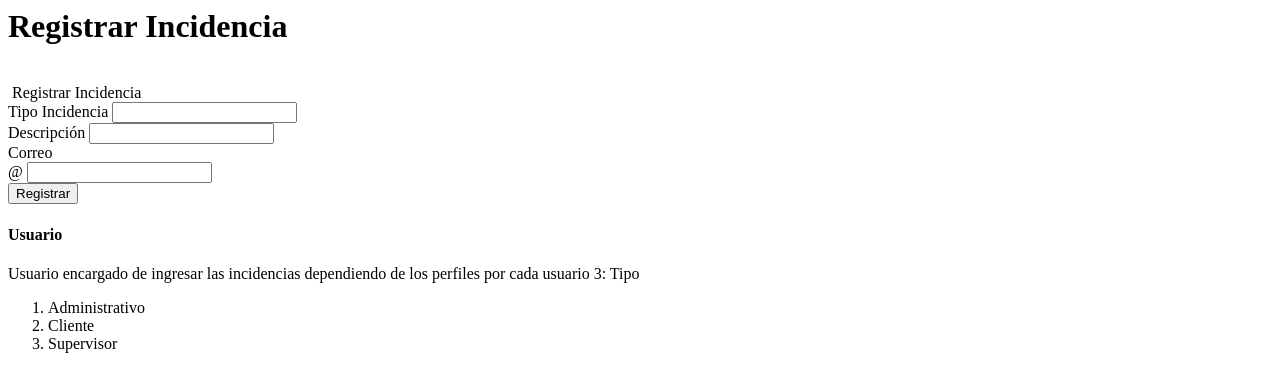
Repository: androla10/ProyectoCibert5to
Page: http://localhost/GDI/Incidencia/RegistrarIncidencia.jsp
An editor plug-in stored every save of this project. The page is shown before and after a run of saves, followed by the edit.
The browser window is 1280 px wide. The pictures show the whole page.
The page is served by Tomcat 9. Nobody is signed in. The application's start-up code is not run.

Above is the page before, as saved 2016-05-10 21:50:19.

After the next 3 saves:
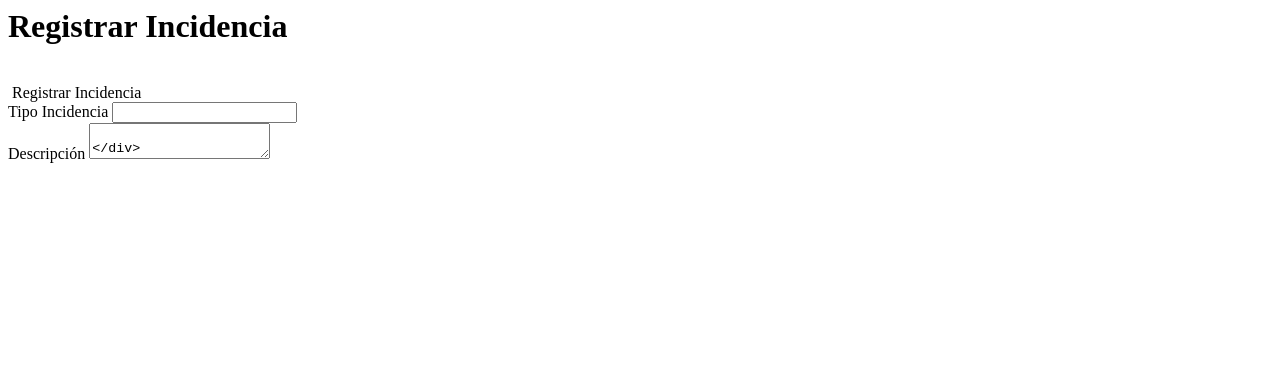
The 3 saves are shown as one change because they came seconds apart.
The last was saved 32 s later.
--- a/GDI/src/main/webapp/Incidencia/RegistrarIncidencia.jsp
+++ b/GDI/src/main/webapp/Incidencia/RegistrarIncidencia.jsp
@@ -14,8 +14,8 @@
 								class="form-control" name="usuario.nombre" id="Nombre" />
 						</div>
 						<div class="form-group">
-							<label for="Apellido">Descripción</label> <input type="text"
-								class="form-control" name="usuario.apellido" id="Apellido" />
+							<label for="descripcion">Descripción</label>
+							<textarea type="text" class="form-control" name="usuario.apellido" id="descripcion" />
 						</div>
 						<div class="form-group">
 							<label for="Correo" class="control-label">Correo</label>
